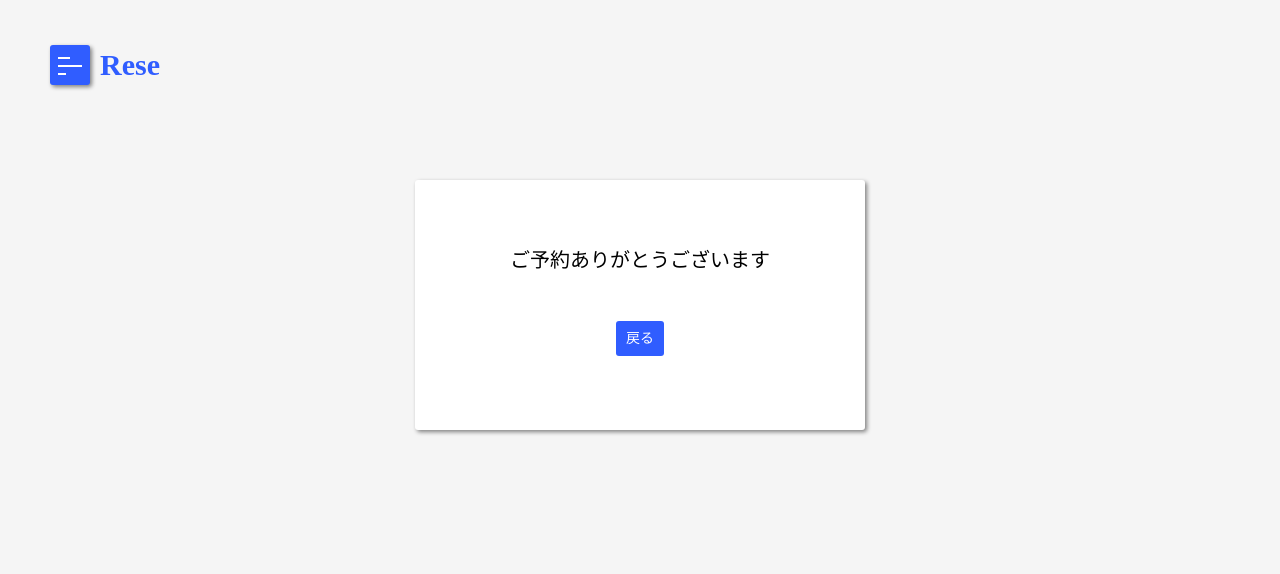
Repository: Haruka-Wada/Rese
Page: http://localhost/done
These files come from the project's save history. The page is drawn as it stood at one moment and after the next save; the edit follows.
The browser window is 1280 px wide. The pictures show the whole page.
The page is served by the project's Laravel application, run on PHP 8.4 with Laravel 8. Other server files are loaded and not shown.

Above is the page before, as saved 2024-10-28 14:51:49.

### src/routes/web.php
<?php

use App\Http\Controllers\ReseController;
use Illuminate\Support\Facades\Route;

/*
|--------------------------------------------------------------------------
| Web Routes
|--------------------------------------------------------------------------
|
| Here is where you can register web routes for your application. These
| routes are loaded by the RouteServiceProvider within a group which
| contains the "web" middleware group. Now create something great!
|
*/

Route::get('/', [ReseController::class, 'index']);
Route::get('/done', [ReseController::class, 'done']);

### src/app/Http/Controllers/ReseController.php
<?php

namespace App\Http\Controllers;

use Illuminate\Http\Request;

class ReseController extends Controller
{
    function index() {
        return view('shop_all');
    }

    function done() {
        return view('done');
    }
}

### src/resources/views/done.blade.php
@extends('layouts.app')

@section('css')
<link rel="stylesheet" href="{{ asset('css/thanks_done.css') }}">
@endsection

@section('main')
<div class="main__container">
    <div class="main__text">
        <p>ご予約ありがとうございます</p>
    </div>
    <div class="main__login">
        <a class="main__login-button" href="./">戻る</a>
    </div>
</div>
@endsection

### src/resources/views/layouts/app.blade.php
<!DOCTYPE html>
<html lang="ja">

<head>
    <meta charset="UTF-8">
    <meta name="viewport" content="width=device-width, initial-scale=1.0">
    <title>Rese</title>
    <link rel="stylesheet" href="{{ asset('css/sanitize.css') }}">
    <link rel="stylesheet" href="{{ asset('css/app.css') }}">
    @yield('css')
    <script src="https://ajax.googleapis.com/ajax/libs/jquery/3.3.1/jquery.min.js"></script>
</head>

<body>
    <header>
        <div class="header">
            <div class="header__hamburger">
                <span></span>
                <span></span>
                <span></span>
            </div>
            <h1 class="header__logo">Rese</h1>
        </div>
        <div class="body__overlay">
            <ul class="hamburger__menu">
                <li><a href="/" class="hamburger__menu-link">HOME</a></li>
                @if(Auth::check())
                <li>
                    <form action="/logout" method="post">
                        @csrf
                        <button class="hamburger__menu-logout">Logout</button>
                    </form>
                </li>
                <li><a href="/" class="hamburger__menu-link">Mypage</a></li>
                @else
                <li><a href="/register" class="hamburger__menu-link registration">Registration</a></li>
                <li><a href="/login" class="hamburger__menu-link">Login</a></li>
                @endif
            </ul>
        </div>
    </header>
    <main>
        @yield('main')
    </main>

    <script type="text/javascript">
        $(function() {
            $('.header__hamburger').click(function() {
                $('.header__hamburger,.hamburger__menu,.header,.body__overlay').toggleClass('active');
            });
        });
    </script>
</body>

</html>

### src/public/css/sanitize.css
/*
html5doctor.com Reset Stylesheet
v1.6.1
Last Updated: 2010-09-17
Author: Richard Clark - http://richclarkdesign.com
Twitter: @rich_clark
*/

html,
body,
div,
span,
object,
iframe,
h1,
h2,
h3,
h4,
h5,
h6,
p,
blockquote,
pre,
abbr,
address,
cite,
code,
del,
dfn,
em,
img,
ins,
kbd,
q,
samp,
small,
strong,
sub,
sup,
var,
b,
i,
dl,
dt,
dd,
ol,
ul,
li,
fieldset,
form,
label,
legend,
table,
caption,
tbody,
tfoot,
thead,
tr,
th,
td,
article,
aside,
canvas,
details,
figcaption,
figure,
footer,
header,
hgroup,
menu,
nav,
section,
summary,
time,
mark,
audio,
video {
    margin: 0;
    padding: 0;
    border: 0;
    outline: 0;
    font-size: 100%;
    vertical-align: baseline;
    background: transparent;
}

body {
    line-height: 1;
}

article,
aside,
details,
figcaption,
figure,
footer,
header,
hgroup,
menu,
nav,
section {
    display: block;
}

nav ul {
    list-style: none;
}

blockquote,
q {
    quotes: none;
}

blockquote:before,
blockquote:after,
q:before,
q:after {
    content: '';
    content: none;
}

a {
    margin: 0;
    padding: 0;
    font-size: 100%;
    vertical-align: baseline;
    background: transparent;
}

/* change colours to suit your needs */
ins {
    background-color: #ff9;
    color: #000;
    text-decoration: none;
}

/* change colours to suit your needs */
mark {
    background-color: #ff9;
    color: #000;
    font-style: italic;
    font-weight: bold;
}

del {
    text-decoration: line-through;
}

abbr[title],
dfn[title] {
    border-bottom: 1px dotted;
    cursor: help;
}

table {
    border-collapse: collapse;
    border-spacing: 0;
}

/* change border colour to suit your needs */
hr {
    display: block;
    height: 1px;
    border: 0;
    border-top: 1px solid #cccccc;
    margin: 1em 0;
    padding: 0;
}

input,
select {
    vertical-align: middle;
}

### src/public/css/app.css
body {
    background-color: whitesmoke;
    width: 100vw;
    height: 100vh;
    overflow-x: hidden;
}

.header {
    height: 10%;
    margin: 0 auto;
    display: flex;
    align-items: center;
    padding: 50px;
    position: relative;
    overflow: hidden;
}

.header.active:after {
    position: absolute;
    content: '';
    top: 0;
    left: 0;
    background: white;
    width: 100%;
    height: 100%;
    z-index: -1;
    transform: translateX(-100%);
    animation-name: test_box_slide;
    animation-duration: .5s;
    animation-fill-mode: forwards;
    transform: translateX(-100%);
    }

    @keyframes test_box_slide {
        0% {
            transform: translate(-100%, 0)
        }

        100% {
            transform: translate(0, 0)
        }
}

.header__logo {
    color: #305DFF;
    font-size: 30px;
    position: relative;
    left: 50px;
    transition: .5s;
}

.header__hamburger {
    width: 40px;
    height: 40px;
    position: relative;
    position: fixed;
    background-color: #305DFF;
    border-radius: 3px;
    box-shadow: 2px 2px 4px gray;
}

.header__hamburger span {
    position: absolute;
    height: 2px;
    background-color: white;
    transition: .5s;
}

.header__hamburger span:first-of-type {
    width: 30%;
    top: 30%;
    left: 20%;
}

.header__hamburger span:nth-of-type(2) {
    width: 60%;
    top: 50%;
    left: 20%;
}

.header__hamburger span:last-of-type {
    width: 20%;
    top: 70%;
    left: 20%;
}

.hamburger__menu {
    background-color: white;
    width: 100%;
    padding: 100px 0;
    position: fixed;
    top: 130px;
    left: 0;
    transform: translateX(-100%);
    transition: .5s;
}

.hamburger__menu li {
    text-align: center;
    list-style: none;
    line-height: 300%;
}

.hamburger__menu-link {
    color: #305DFF;
    font-size: 25px;
    text-decoration: none;
    font-weight: 550;
}

.hamburger__menu-logout {
    border: none;
    outline: none;
    background-color: white;
    color: #305DFF;
    font-size: 25px;
    margin: 20px;
}

.registration {
    display: block;
    margin: 20px;
}

.header {
    height: 10%;
    margin: 0 auto;
    display: flex;
    align-items: center;
    padding: 50px;
    position: relative;
    overflow: hidden;
}

.body__overlay.active:after {
    position: absolute;
    content: '';
    top: 0;
    left: 0;
    background: white;
    width: 100%;
    height: 100%;
    z-index: -1;
    transform: translateX(-100%);
    animation-name: test_box_slide;
    animation-duration: .5s;
    animation-fill-mode: forwards;
    transform: translateX(-100%);
}

@keyframes test_box_slide {
    0% {
        transform: translate(-100%, 0)
    }

    100% {
        transform: translate(0, 0)
    }
}

.header__hamburger.active span:first-of-type {
    top: 50%;
    width: 60%;
    transform: rotate(45deg);
}

.header__hamburger.active span:nth-of-type(2) {
    opacity: 0;
}

.header__hamburger.active span:last-of-type {
    top: 50%;
    width: 60%;
    transform: rotate(-45deg);
}

.hamburger__menu.active {
    transform: translateX(0);
    z-index: 1;
}

### src/public/css/thanks_done.css
.main__container {
    width: 450px;
    height: 250px;
    margin: 50px auto;
    background-color: white;
    border-radius: 3px;
    box-shadow: 2px 2px 4px gray;
}

.main__text {
    text-align: center;
    font-size: 20px;
    padding: 70px 0 60px;
}

.main__login {
    text-align: center;
}

.main__login-button {
    text-decoration: none;
    background-color: #305DFF;
    color: white;
    padding: 10px;
    border-radius: 3px;
    font-size: 14px;
}

Loaded but not shown: src/app/Http/Controllers/Controller.php (common file)

After the next save:
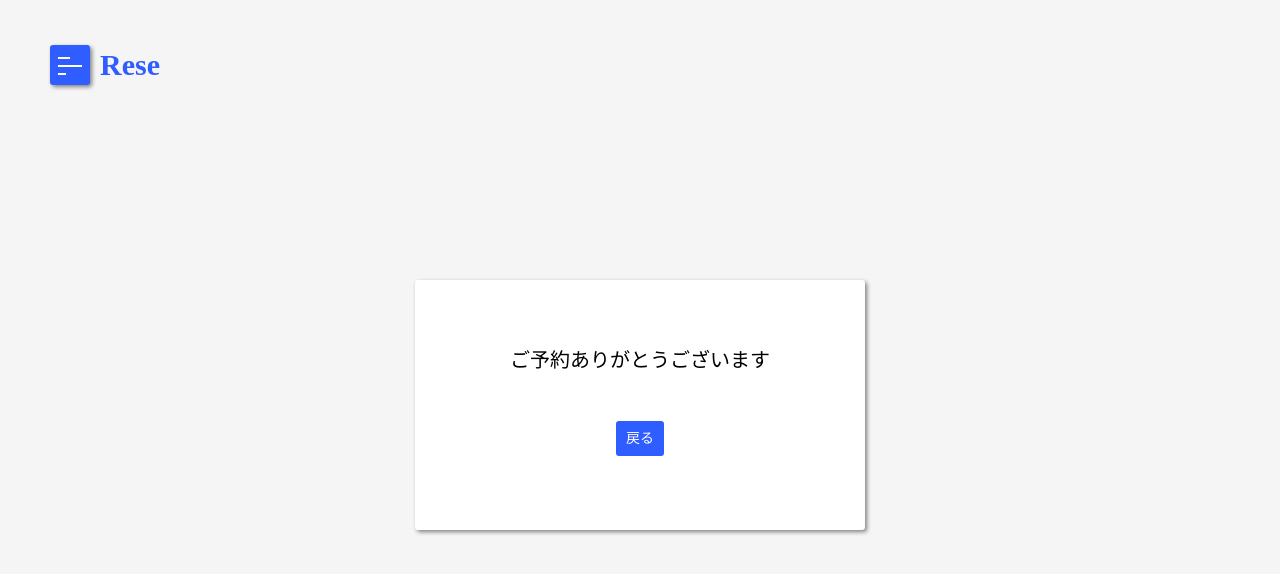
Saved 10 s later.
--- a/src/public/css/app.css
+++ b/src/public/css/app.css
@@ -122,7 +122,7 @@ body {
     margin: 20px;
 }
 
-.header {
+.body__overlay {
     height: 10%;
     margin: 0 auto;
     display: flex;
